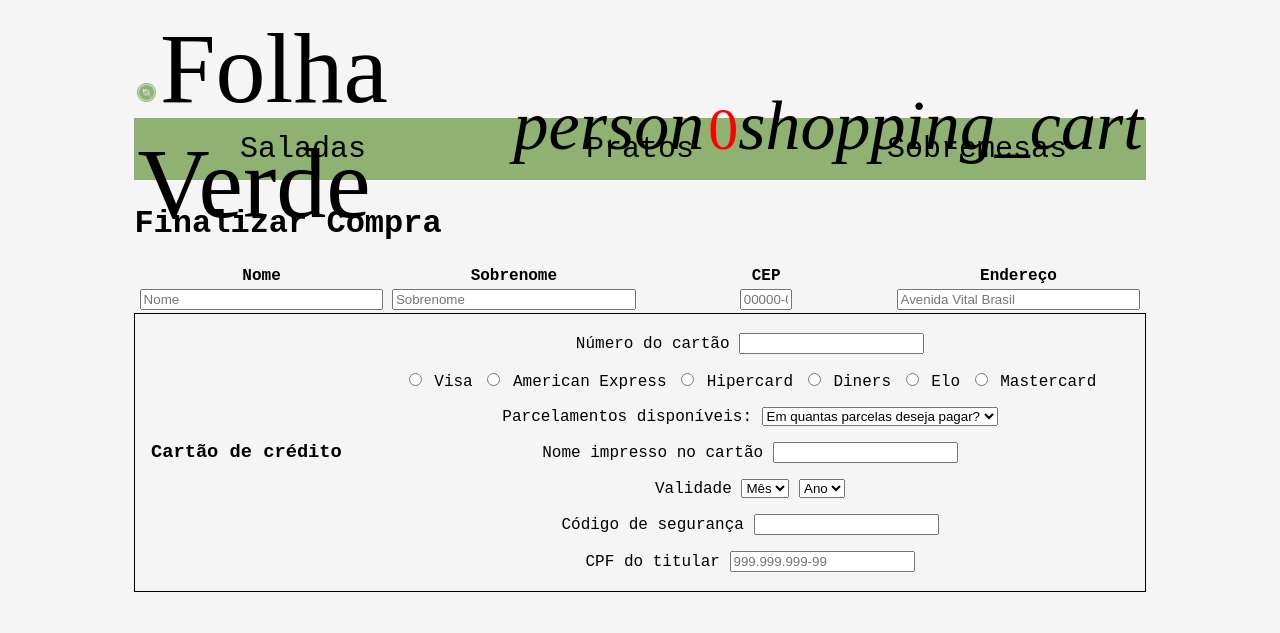
Repository: maaelphd/FolhaVerde
Page: http://localhost/FolhaVerde/Payment.jsp
The author's editor kept a copy of each file at every save. The page is drawn from the files as they stood at one save, then again after the next save.
The browser window is 1280 px wide. The pictures show the whole page.
Some web fonts or font styles are not loaded; a fallback is used. The page is served by Tomcat 9. Other server files are loaded and not shown.

Above is the page before, as saved 2018-06-04 02:26:55.

### FolhaVerde/WebContent/Payment.jsp
<%@ page language="java" contentType="text/html; charset=UTF-8"
	pageEncoding="UTF-8"%>
<%@ taglib uri="http://java.sun.com/jsp/jstl/core" prefix="c"%>
<!DOCTYPE html>
<html>
<head>
	<meta charset="UTF-8">
	<title>Restaurante Folha Verde - Pagamento</title>

	<link rel="stylesheet" href="${pageContext.request.contextPath}/CSS/Payment.css"/>
</head>
<body>
	<div id="wrapper">
		<c:import url="NavBar.jsp"></c:import>

		<div id="divPageContent">

			<div class="PaymentHeaderContent">
				<h1 class="PaymentText">Finalizar Compra</h1>
			</div>

			<div class="divPaymentDataTable">
				<table class="w3-table PaymentsDataTable">
					<tr>
						<th>
							Nome
						</th>
						<th>
							Sobrenome
						</th>
						<th>
							CEP
						</th>
						<th>
							Endereço
						</th>
					</tr>
					<tr>
						<td class="tdInpUserName">
							<input type="text" id="inpUserName" placeholder="Nome" name="data[userName]">
						</td>
						<td class="tdInpUserLastName">
							<input type="text" id="inpUserLastName" placeholder="Sobrenome" name="data[userLastName]">
						</td>
						<td class="tdInpUserCEPCode">
							<input type="text" min="" id="inpUserCEPCode" placeholder="00000-000" name="data[userCEPCode]">
						</td>
						<td class="tdInpUserAdress">
							<input type="text" min="" id="inpUserAdress" placeholder="Avenida Vital Brasil" name="data[userAdress]">
						</td>
					</tr>
				</table>
			</div>

			<div class="divPaymentChoiceTable">
				<table class="w3-table PaymentsChoiceTable">
					<tr>
						<td>
							<h3>Cartão de crédito</h3>
						</td>
						<td>
							<div class="CardForm">
								<div>
									<p class="PaymentCardNumber input text required">
										<label class="FormFieldLabel " for="creditCardpayment-card-0Number">Número do cartão</label>
										<input type="tel" id="creditCardpayment-card-0Number" class="input-medium  error" name="cardNumber" maxlength="30" value="">
									</p>
									<div class="PaymentCardFlags clearfix form-inline">
										<p class="card-flags active">
											<label class="radio card-flag-label" for="creditCardselectedCard0cc-0" title="Visa">
												<input type="radio" class="card-flag-radio" id="creditCardselectedCard0cc-0" name="creditCardselectedCardFlag-0" tabindex="-1" value="2">
												<span class="card-flag Visa ">Visa</span>
											</label>
											<label class="radio card-flag-label" for="creditCardselectedCard1cc-0" title="American Express">
												<input type="radio" class="card-flag-radio" id="creditCardselectedCard1cc-0" name="creditCardselectedCardFlag-0" tabindex="-1" value="1">
												<span class="card-flag American Express ">American Express</span>
											</label>
											<label class="radio card-flag-label" for="creditCardselectedCard2cc-0" title="Hipercard">
												<input type="radio" class="card-flag-radio" id="creditCardselectedCard2cc-0" name="creditCardselectedCardFlag-0" tabindex="-1" value="8">
												<span class="card-flag Hipercard ">Hipercard</span>
											</label>
											<label class="radio card-flag-label" for="creditCardselectedCard3cc-0" title="Diners">
												<input type="radio" class="card-flag-radio" id="creditCardselectedCard3cc-0" name="creditCardselectedCardFlag-0" tabindex="-1" value="3">
												<span class="card-flag Diners card-selected">Diners</span>
											</label>
											<label class="radio card-flag-label" for="creditCardselectedCard4cc-0" title="Elo">
												<input type="radio" class="card-flag-radio" id="creditCardselectedCard4cc-0" name="creditCardselectedCardFlag-0" tabindex="-1" value="9">
												<span class="card-flag Elo ">Elo</span>
											</label>
											<label class="radio card-flag-label" for="creditCardselectedCard5cc-0" title="Mastercard">
												<input type="radio" class="card-flag-radio" id="creditCardselectedCard5cc-0" name="creditCardselectedCardFlag-0" tabindex="-1" value="4">
												<span class="card-flag Mastercard ">Mastercard</span>
											</label>
										</p>
									</div>
								</div>
								<div class="PaymentInstallments ">
									<p class="select required">
										<label class="FormFieldLabel hide" for="creditCardpayment-card-0Brand">Parcelamentos disponíveis:</label>
										<select class="input-xlarge " id="creditCardpayment-card-0Brand">
											<option value="">Em quantas parcelas deseja pagar?</option>
											<option value="1">1x-</option>
											<option value="2">2x-</option>
											<option value="2">3x-</option>
											<option value="2">4x-</option>
											<optgroup label=""></optgroup>
										</select>
									</p>
								</div>
								<div>
									<p class="PaymentCardHolderName">
										<label class="FormFieldLabel " for="creditCardpayment-card-0Name">Nome impresso no cartão</label>
										<input type="text" class="input-medium  " id="creditCardpayment-card-0Name" name="ccName" value="">
									</p>
									<div class="PaymentCardDueDate clearfix">
										<p class="payment-card-due-month input text required">
											<label class="FormFieldLabel pull-left" for="creditCardpayment-card-0Month">Validade</label>
											<select class="input-mini " id="creditCardpayment-card-0Month" name="cardExpirationMonth">
												<option value="">Mês</option>
												<option value="01">01</option>
												<option value="02">02</option>
												<option value="03">03</option>
												<option value="04">04</option>
												<option value="05">05</option>
												<option value="06">06</option>
												<option value="07">07</option>
												<option value="08">08</option>
												<option value="09">09</option>
												<option value="10">10</option>
												<option value="11">11</option>
												<option value="12">12</option>
											</select>


											<select class="input-mini " id="creditCardpayment-card-0Year" name="cardExpirationYear">
												<option value="">Ano</option>
												<option value="18">18</option>
												<option value="19">19</option>
												<option value="20">20</option>
												<option value="21">21</option>
												<option value="22">22</option>
												<option value="23">23</option>
												<option value="24">24</option>
												<option value="25">25</option>
												<option value="26">26</option>
												<option value="27">27</option>
												<option value="28">28</option>
												<option value="29">29</option>
												<option value="30">30</option>
												<option value="31">31</option>
												<option value="32">32</option>
												<option value="33">33</option>
												<option value="34">34</option>
												<option value="35">35</option>
												<option value="36">36</option>
												<option value="37">37</option>
												<option value="38">38</option>
												<option value="39">39</option>
												<option value="40">40</option>
											</select>

										</p>
									</div>
								</div>
								<p class="PaymentCardCVV input text required">
									<label class="FormFieldLabel " for="creditCardpayment-card-0Code">Código de segurança</label>
									<input type="tel" id="creditCardpayment-card-0Code" class="input-mini   " maxlength="3" value="">
								</p>
								<p class="PaymentCardHolderDocument input text required mask">
									<label class="FormFieldLabel " for="holder-document-0">CPF do titular</label>
									<input type="tel" id="holder-document-0" class="input-small  " value="" placeholder="999.999.999-99">
								</p>
							</div>
						</td>
					</tr>
				</table>
			</div>
		</div>

	</div>
</body>
<footer></footer>
<script>
</script>
</html>

### FolhaVerde/WebContent/NavBar.jsp
<%@ page language="java" contentType="text/html; charset=UTF-8"	pageEncoding="UTF-8"%>
<%@ taglib uri="http://java.sun.com/jsp/jstl/core" prefix="c"%>
<!DOCTYPE html>
	 <meta charset="UTF-8">

 	<link href="https://fonts.googleapis.com/icon?family=Material+Icons" rel="stylesheet">
	<link rel="stylesheet" href="${pageContext.request.contextPath}/CSS/Pages.css"/>
	<link rel="stylesheet" href="${pageContext.request.contextPath}/CSS/NavBar.css"/>
	<link rel="stylesheet" href="${pageContext.request.contextPath}/CSS/RobotoFonts.css" type="text/css">
	<link rel="stylesheet" href="${pageContext.request.contextPath}/CSS/IndieFlower.css" type="text/css">

	<div class="LogoHeader">
		<table class="w3-table TopBarTable">
			<tr>
				<td>
					<div class="LogoImg">
						<a href="index.jsp"><img src="${pageContext.request.contextPath}/imgs/LOGO.png"> <span class="NomeEmpresaLogo"> Folha Verde </span></a>
					</div>
				</td>
				<td id="PersonIcoCol">
					<i class="material-icons" id="PersonIco">person</i>
				</td>
				<td id="shoppingCartIcoCol">
					<span class="ItensCountNumber">0</span><i class="material-icons" id="shoppingCartIco">shopping_cart</i>
				</td>
			</tr>
		</table>
	</div>

	<nav>
		<ul class="horizontal">
			<li><a href="#home" class="SaladTab">Saladas</a></li>
			<li><a href="#news" class="PlateTab">Pratos</a></li>
			<li><a href="#contact" class="DessertTab">Sobremesas</a></li>
		</ul>
	</nav>

	<!-- JQUERY & BOOTSTRAP  -->

	<!-- jQuery Reference -->
	<!-- <script src="${pageContext.request.contextPath}/jquery-ui/jquery-ui.min.js"></script> -->
	<script src="${pageContext.request.contextPath}/jquery-ui/jquery-3.3.1.min.js"></script>
	<script src="https://cdnjs.cloudflare.com/ajax/libs/jquery.mask/1.14.10/jquery.mask.js"></script>


	<script src="https://maxcdn.bootstrapcdn.com/bootstrap/3.3.7/js/bootstrap.min.js"></script>

	<script>
	$(document).ready(function () {

	  	$(".nav a").on("click", function(){
	  	   $(".nav").find(".active").removeClass("active");
	  	   $(this).parent().addClass("active");
	  	});

	});
	//# sourceURL=pen.js
	</script>

### FolhaVerde/WebContent/CSS/Payment.css
body {
	font-family: 'Roboto Mono', monospace;
}

.w3-content.w3-section
{
	align-items: center;
	margin: 0 auto;
	width: 100%;
	height: 100%;
}

.divPaymentChoiceTable,
.divPaymentDataTable {
	width: 80%;;
	margin: 0 auto;
}

.PaymentsChoiceTable,
.PaymentsDataTable {
	width: 100%;;
	margin: 0 auto;
	text-align: center;
}

.PaymentHeaderContent {
	width: 80%;;
	margin: 0 auto;
	text-align: left;
}

.tdInpUserName input, .tdInpUserLastName input,
.tdInpUserAdress input {
	width: 95%;
}

.tdInpUserCEPCode input {
	width: 18%;
}

.PaymentsChoiceTable {
	border: 1px solid black;
}

### FolhaVerde/WebContent/CSS/Pages.css
html, body {
	background-color: #f5f5f5;
	font-family: 'Roboto Mono', monospace;
}

#divPageContent
{
	display: block;
	margin-top: 2%;
}

.TopBar {
	border: 1px solid black;
}

### FolhaVerde/WebContent/CSS/NavBar.css
nav {
	width: 80%;
	text-align: center;
	margin: 0% auto;
}

ul {
    list-style-type: none;
    margin: 0;
    padding: 0;
    overflow: hidden;
    background-color: #8FB171;
}

li {
    float: left;
    width: 33.33333%;
}

li a {
    display: block;
    color: white;
    text-align: center;
    padding: 14px 16px;
    text-decoration: none;
}

li a.SaladTab,
li a.PlateTab,
li a.DessertTab {
    font-size: 30px;
}

/* Change the link color to #111 (black) on hover */
li a:hover {
    background-color: #badd9b;
}

a:link {
	color: inherit;
	text-decoration: none;
}

.LogoHeader
{
	width: 80%;
	height: 110px;
	text-align: left;
	margin: 0% auto;
	font-family: 'Indie Flower', cursive;
}

.LogoImg img
{
	width: 5%;
	height: 5%;
}

.NomeEmpresaLogo {
	font-size: 100px;
	font-family:
}

#shoppingCartIco,
#PersonIco {
	font-size: 70px;
}

.TopBarTable{
	width: 100%;
}

.ItensCountNumber {
	font-size: 60px;
	color: #ff0000;
	font-family: 'Indie Flower', cursive;
}

.SaladTab.active, .PlateTab.active, .DessertTab.active{
	background-color: #badd9b;
}

### FolhaVerde/WebContent/CSS/RobotoFonts.css
/* cyrillic-ext */
@font-face {
  font-family: 'Roboto Mono';
  font-style: normal;
  font-weight: 400;
  src: local('Roboto Mono'), local('RobotoMono-Regular'), url(https://fonts.gstatic.com/s/robotomono/v5/L0x5DF4xlVMF-BfR8bXMIjhGq3-OXg.woff2) format('woff2');
  unicode-range: U+0460-052F, U+1C80-1C88, U+20B4, U+2DE0-2DFF, U+A640-A69F, U+FE2E-FE2F;
}
/* cyrillic */
@font-face {
  font-family: 'Roboto Mono';
  font-style: normal;
  font-weight: 400;
  src: local('Roboto Mono'), local('RobotoMono-Regular'), url(https://fonts.gstatic.com/s/robotomono/v5/L0x5DF4xlVMF-BfR8bXMIjhPq3-OXg.woff2) format('woff2');
  unicode-range: U+0400-045F, U+0490-0491, U+04B0-04B1, U+2116;
}
/* greek-ext */
@font-face {
  font-family: 'Roboto Mono';
  font-style: normal;
  font-weight: 400;
  src: local('Roboto Mono'), local('RobotoMono-Regular'), url(https://fonts.gstatic.com/s/robotomono/v5/L0x5DF4xlVMF-BfR8bXMIjhHq3-OXg.woff2) format('woff2');
  unicode-range: U+1F00-1FFF;
}
/* greek */
@font-face {
  font-family: 'Roboto Mono';
  font-style: normal;
  font-weight: 400;
  src: local('Roboto Mono'), local('RobotoMono-Regular'), url(https://fonts.gstatic.com/s/robotomono/v5/L0x5DF4xlVMF-BfR8bXMIjhIq3-OXg.woff2) format('woff2');
  unicode-range: U+0370-03FF;
}
/* vietnamese */
@font-face {
  font-family: 'Roboto Mono';
  font-style: normal;
  font-weight: 400;
  src: local('Roboto Mono'), local('RobotoMono-Regular'), url(https://fonts.gstatic.com/s/robotomono/v5/L0x5DF4xlVMF-BfR8bXMIjhEq3-OXg.woff2) format('woff2');
  unicode-range: U+0102-0103, U+0110-0111, U+1EA0-1EF9, U+20AB;
}
/* latin-ext */
@font-face {
  font-family: 'Roboto Mono';
  font-style: normal;
  font-weight: 400;
  src: local('Roboto Mono'), local('RobotoMono-Regular'), url(https://fonts.gstatic.com/s/robotomono/v5/L0x5DF4xlVMF-BfR8bXMIjhFq3-OXg.woff2) format('woff2');
  unicode-range: U+0100-024F, U+0259, U+1E00-1EFF, U+2020, U+20A0-20AB, U+20AD-20CF, U+2113, U+2C60-2C7F, U+A720-A7FF;
}
/* latin */
@font-face {
  font-family: 'Roboto Mono';
  font-style: normal;
  font-weight: 400;
  src: local('Roboto Mono'), local('RobotoMono-Regular'), url(https://fonts.gstatic.com/s/robotomono/v5/L0x5DF4xlVMF-BfR8bXMIjhLq38.woff2) format('woff2');
  unicode-range: U+0000-00FF, U+0131, U+0152-0153, U+02BB-02BC, U+02C6, U+02DA, U+02DC, U+2000-206F, U+2074, U+20AC, U+2122, U+2191, U+2193, U+2212, U+2215, U+FEFF, U+FFFD;
}

### FolhaVerde/WebContent/CSS/IndieFlower.css
/* latin */
@font-face {
  font-family: 'Indie Flower';
  font-style: normal;
  font-weight: 400;
  src: local('Indie Flower'), local('IndieFlower'), url(https://fonts.gstatic.com/s/indieflower/v9/m8JVjfNVeKWVnh3QMuKkFcZVaUuH.woff2) format('woff2');
  unicode-range: U+0000-00FF, U+0131, U+0152-0153, U+02BB-02BC, U+02C6, U+02DA, U+02DC, U+2000-206F, U+2074, U+20AC, U+2122, U+2191, U+2193, U+2212, U+2215, U+FEFF, U+FFFD;
}

Loaded but not shown: FolhaVerde/WebContent/jquery-ui/jquery-3.3.1.min.js (library)

After the next save:
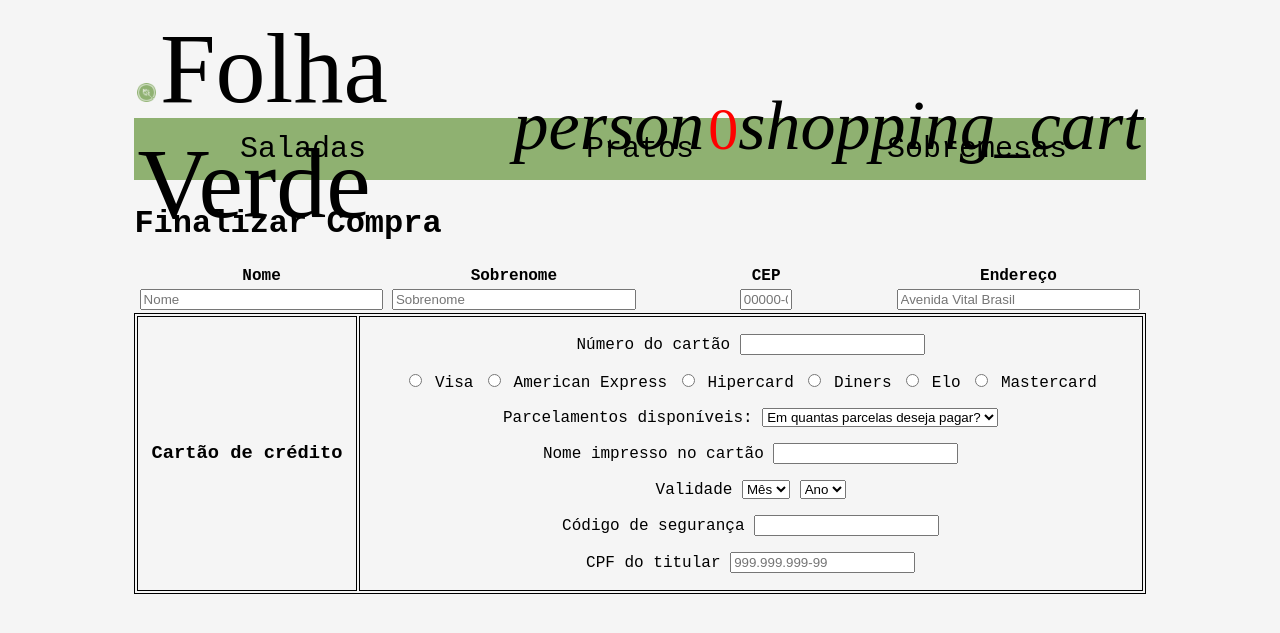
Saved 21 s later.
--- a/FolhaVerde/WebContent/CSS/Payment.css
+++ b/FolhaVerde/WebContent/CSS/Payment.css
@@ -38,6 +38,8 @@ body {
 	width: 18%;
 }
 
-.PaymentsChoiceTable {
+.PaymentsChoiceTable,
+.PaymentsChoiceTable td,
+.PaymentsChoiceTable tr {
 	border: 1px solid black;
 }
